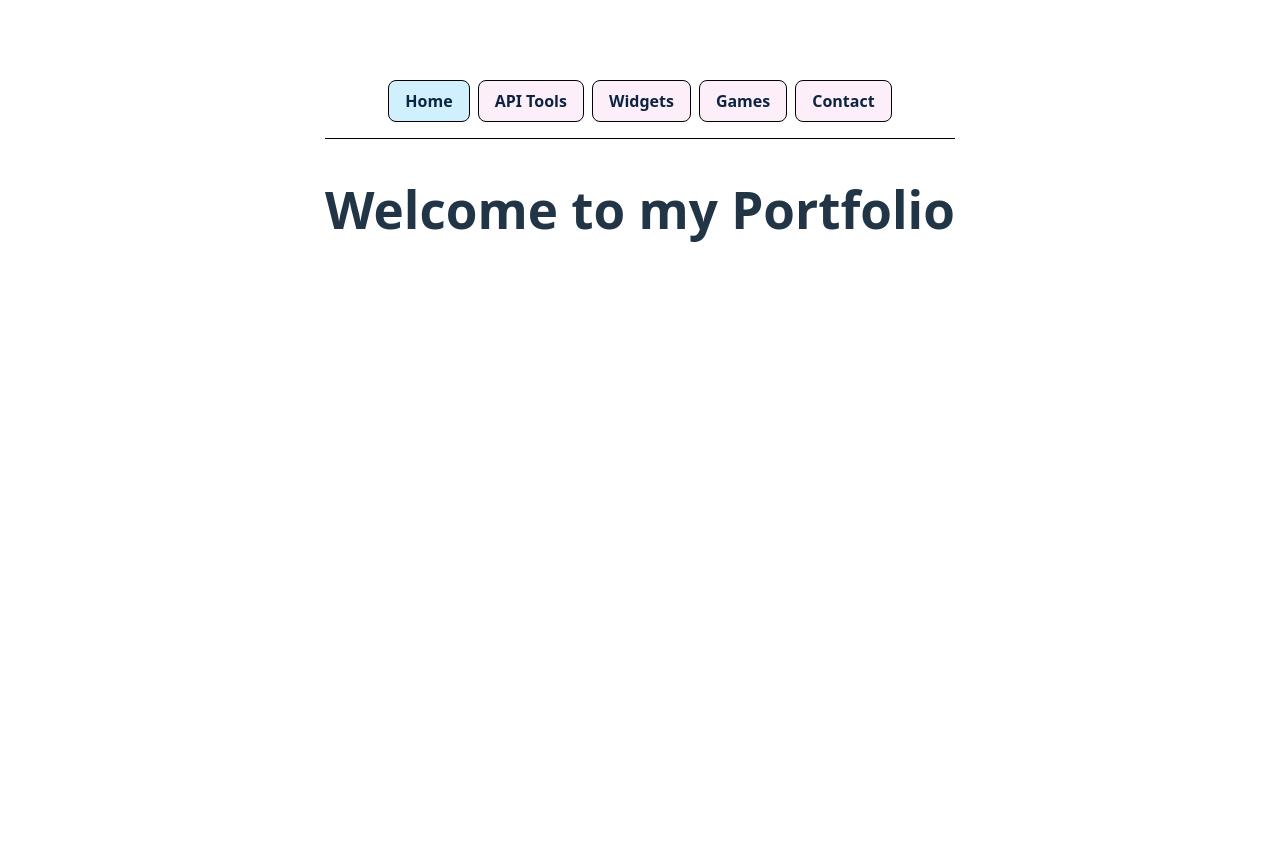
Repository: ourshadetree/TimPortfolio
Page: /
The author's editor kept a copy of each file at every save. The page is drawn from the files as they stood at one save, then again after the next save.
The browser window is 1280 px wide. The pictures show the whole page.
The project was rebuilt for these pictures with package versions that can differ from the ones it lists, and the page was loaded fresh each time. Also part of the build but not shown: vite.config.js, src/views/ApiTools.vue, src/views/Widgets.vue, src/views/Games.vue, src/views/Contact.vue.

Above is the page before, as saved 2025-05-07 11:03:01.

### src/main.js
// src/main.js
import { createApp } from 'vue'
import App          from './App.vue'
import { router }   from './router'
import './assets/main.css'
import './style.css'

createApp(App)
  .use(router)
  .mount('#app')

### src/App.vue
<!-- src/App.vue -->
<template>
  <div id="app">
    <header>
      <nav>
        <router-link to="/"       class="tab tab--home">Home</router-link>
        <router-link to="/api-tools" class="tab tab--api">API Tools</router-link>
        <router-link to="/widgets"   class="tab tab--widgets">Widgets</router-link>
        <router-link to="/games"     class="tab tab--games">Games</router-link>
        <router-link to="/contact"   class="tab tab--contact">Contact</router-link>
      </nav>
    </header>
    <main>
      <router-view/>
    </main>
  </div>
</template>


<script setup>
// no script needed here yet
</script>

<style scoped>
#app {
  background: white;
  min-height: 100vh;
}

/* header/nav styling */
header {
  padding: 1rem;
  border-bottom: 1px solid black;
  text-align: center;
}
nav {
  display: inline-flex;
  gap: 0.5rem;
}
nav a {
  padding: 0.5rem 1rem;
  border: 1px solid black;
  border-radius: 8px;
  background: #FDEFF9; /* pastel pink */
  color: #0C2442;
  text-decoration: none;
  font-weight: bold;
}
nav a.router-link-active {
  background: #D0F0FD; /* pastel blue when active */
}
</style>

### src/router/index.js
// src/router/index.js
import { createRouter, createWebHistory } from 'vue-router'
import HomeView    from '../views/HomeView.vue'
import ApiTools    from '../views/ApiTools.vue'
import Widgets     from '../views/Widgets.vue'
import Games       from '../views/Games.vue'
import Contact     from '../views/Contact.vue'

const routes = [
  { path: '/',           name: 'Home',      component: HomeView },
  { path: '/api-tools',   name: 'API Tools', component: ApiTools },
  { path: '/widgets',     name: 'Widgets',   component: Widgets },
  { path: '/games',       name: 'Games',     component: Games },
  { path: '/contact',     name: 'Contact',   component: Contact },
]

export const router = createRouter({
  history: createWebHistory(),
  routes,
})

### src/assets/main.css
/* header/nav reset */
header {
  padding: 1rem;
  border-bottom: 1px solid #000;
  background: #fff;
}
nav {
  display: flex;
  gap: 0.5rem;
}

/* base tab style */
.tab {
  padding: 0.6rem 1.2rem;
  border: 1px solid #000;
  border-radius: 8px;
  text-decoration: none;
  font-weight: bold;
  color: #0C2442;
  transition: opacity .2s;
}
.tab:hover {
  opacity: 0.8;
}

/* pastel colours for each */
.tab--home     { background: #FFEBEE; } /* very light pink */
.tab--api      { background: #E3F2FD; } /* very light blue */
.tab--widgets  { background: #E8F5E9; } /* very light green */
.tab--games    { background: #F3E5F5; } /* very light purple */
.tab--contact  { background: #FFFDE7; } /* very light yellow */

### src/views/HomeView.vue
<!-- src/views/HomeView.vue -->
<template><section><h1>Welcome to my Portfolio</h1></section></template>
<script setup></script>
<style scoped></style>

Loaded but not shown: index.html (common file); src/style.css (common file)

After the next save:
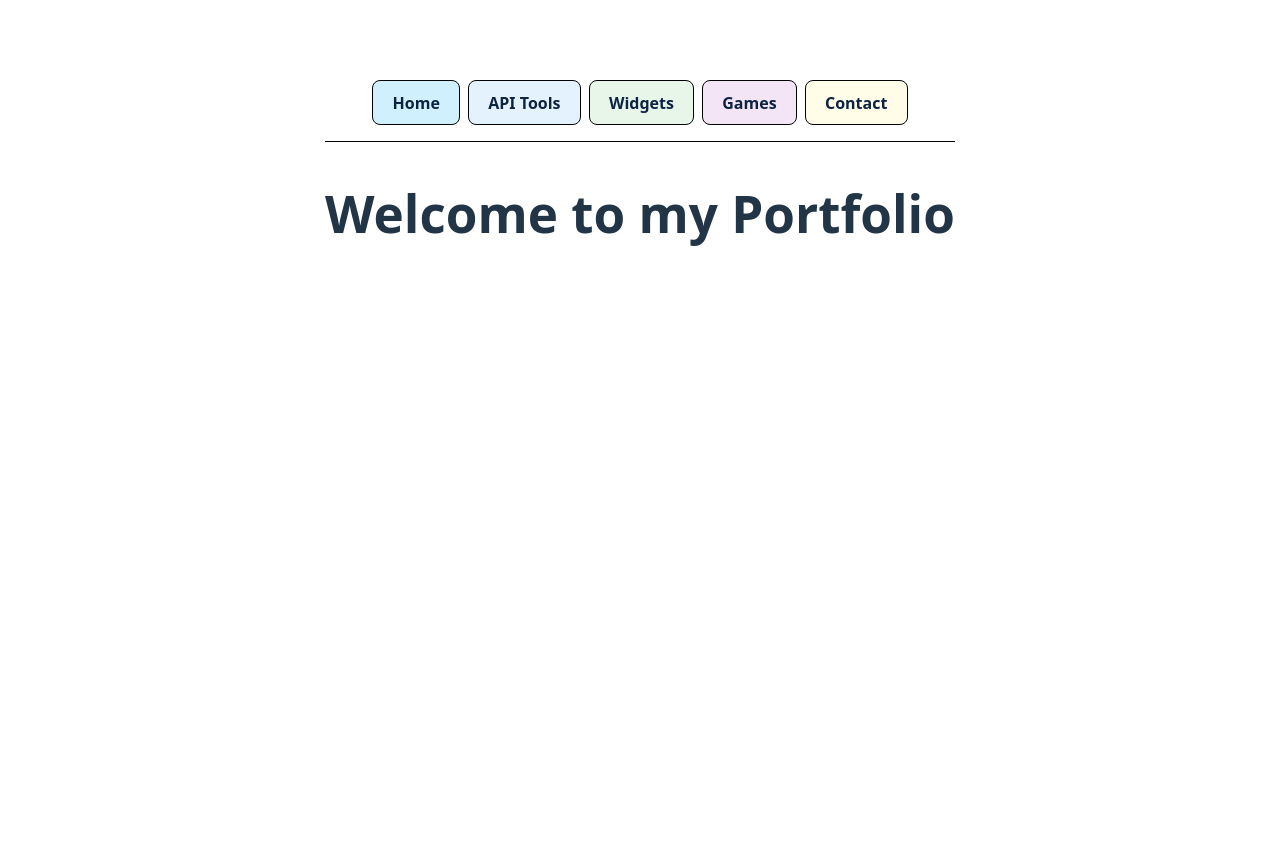
Saved 56 s later.
--- a/src/App.vue
+++ b/src/App.vue
@@ -49,4 +49,26 @@ nav a {
 nav a.router-link-active {
   background: #D0F0FD; /* pastel blue when active */
 }
+
+/* base tab style */
+.tab {
+  padding: 0.6rem 1.2rem;
+  border: 1px solid #000;
+  border-radius: 8px;
+  text-decoration: none;
+  font-weight: bold;
+  color: #0C2442;
+  transition: opacity .2s;
+}
+.tab:hover {
+  opacity: 0.8;
+}
+
+/* pastel colours for each */
+.tab--home     { background: #FFEBEE; } /* very light pink */
+.tab--api      { background: #E3F2FD; } /* very light blue */
+.tab--widgets  { background: #E8F5E9; } /* very light green */
+.tab--games    { background: #F3E5F5; } /* very light purple */
+.tab--contact  { background: #FFFDE7; } /* very light yellow */
+
 </style>
